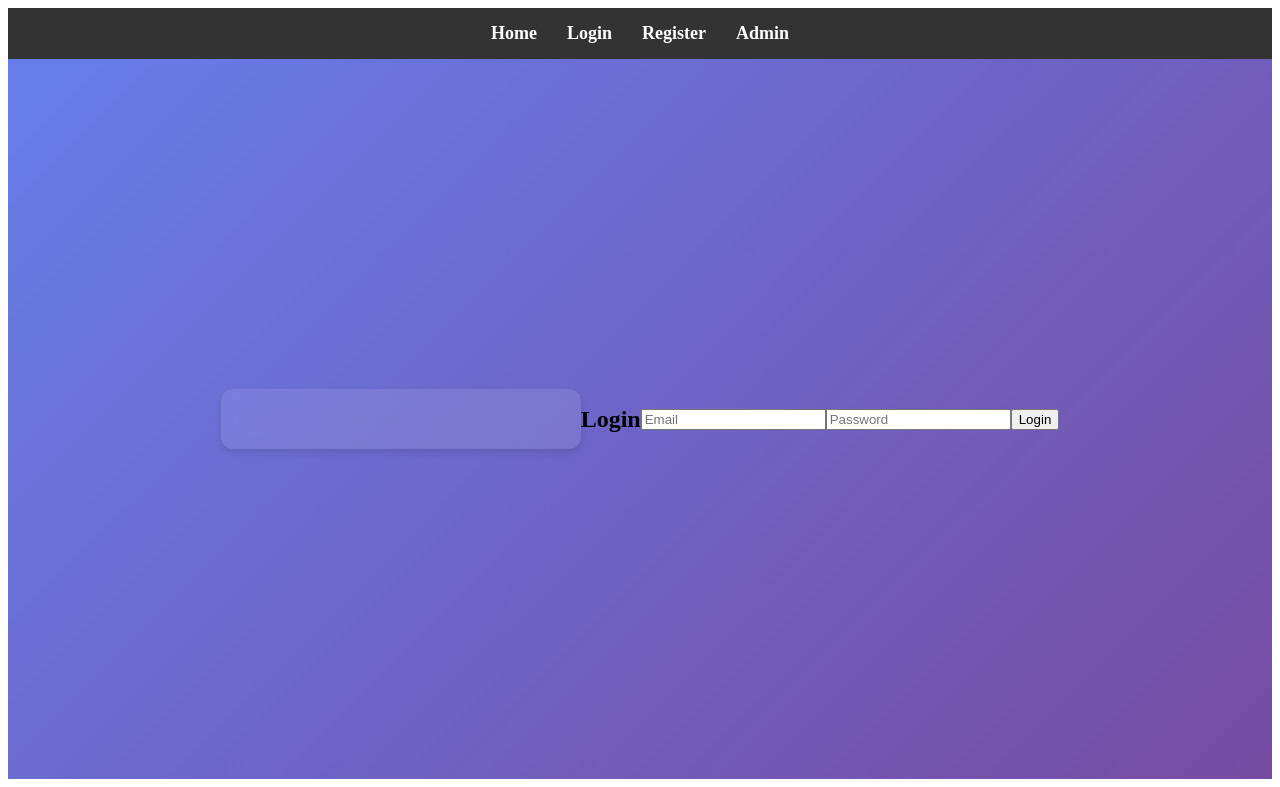
Repository: AhmedIbu/angular-login-app
Page: /login (app in angular-login-app/)
These files come from the project's save history. The page is drawn as it stood at one moment and after the next save; the edit follows.
The browser window is 1280 px wide. The pictures show the whole page.
The project was rebuilt for these pictures with package versions that can differ from the ones it lists, and the page was loaded fresh each time. Also part of the build but not shown: angular-login-app/angular.json, angular-login-app/src/app/home/home.component.ts, angular-login-app/src/app/register/register.component.ts, angular-login-app/src/app/services/user.service.ts, angular-login-app/src/app/admin-dashboard/admin-dashboard.component.ts, angular-login-app/src/app/admin-login/admin-login.component.ts, angular-login-app/src/app/user-dashboard/user-dashboard.component.ts.

Above is the page before, as saved 2025-02-21 11:13:14.

### angular-login-app/src/index.html
<!doctype html>
<html lang="en">
<head>
  <meta charset="utf-8">
  <title>AngularLoginApp</title>
  <base href="/">
  <meta name="viewport" content="width=device-width, initial-scale=1">
  <link rel="icon" type="image/x-icon" href="favicon.ico">
</head>
<body>
  <app-root></app-root>
</body>
</html>

### angular-login-app/src/styles.css
/*  app components css   */

/* Style the navigation bar */
.navbar {
  background: #333;
  padding: 15px;
  text-align: center;
}

/* Style the list */
.nav-list {
  list-style: none;
  padding: 0;
  margin: 0;
  display: flex;
  justify-content: center;
}

/* Style the navigation links */
.nav-list li {
  margin: 0 15px;
}

.nav-link {
  text-decoration: none;
  color: white;
  font-size: 18px;
  font-weight: bold;
  transition: color 0.3s ease-in-out;
}

/* Hover effect */
.nav-link:hover {
  color: #00c8ff;
}

/* Responsive design */
@media (max-width: 600px) {
  .nav-list {
    flex-direction: column;
  }

  .nav-list li {
    margin-bottom: 10px;
  }
}

### angular-login-app/src/main.ts
import { bootstrapApplication } from '@angular/platform-browser';
import { appConfig } from './app/app.config';
import { AppComponent } from './app/app.component';
import { provideHttpClient } from '@angular/common/http';

bootstrapApplication(AppComponent, {
  ...appConfig, // ✅ Spread existing config
  providers: [
    ...appConfig.providers, // ✅ Keep existing providers
    provideHttpClient() // ✅ Ensure HTTP client is provided
  ]
}).catch(err => console.error(err));

### angular-login-app/src/app/app.config.ts
import { ApplicationConfig } from '@angular/core';
import { provideRouter, Routes } from '@angular/router';
import { provideHttpClient } from '@angular/common/http';

// ✅ Import standalone components
import { HomeComponent } from './home/home.component';
import { LoginComponent } from './login/login.component';
import { RegisterComponent } from './register/register.component';
import { AdminDashboardComponent } from './admin-dashboard/admin-dashboard.component';
import { AdminLoginComponent } from './admin-login/admin-login.component';
import { UserDashboardComponent } from './user-dashboard/user-dashboard.component';

// ✅ Define routes
const routes: Routes = [
  { path: '', component: HomeComponent}, // Default route
  { path: 'login', component: LoginComponent },
  { path: 'register', component: RegisterComponent },
  { path: 'admin-login', component: AdminLoginComponent },
  { path: 'user-dashboard', component: UserDashboardComponent },
  { path: 'admin-dashboard', component: AdminDashboardComponent },
  { path: '**', redirectTo: 'user-dashboard' } // Catch-all for unknown routes
];

export const appConfig: ApplicationConfig = {
  providers: [
    provideRouter(routes),
    provideHttpClient()
  ]
};

### angular-login-app/src/app/app.component.ts
import { Component } from '@angular/core';
import { RouterModule } from '@angular/router';

@Component({
  selector: 'app-root',
  standalone: true,
  imports: [RouterModule],
  templateUrl: './app.component.html',
  styleUrls: ['./app.component.css','../styles.css']
})
export class AppComponent { }

### angular-login-app/src/app/login/login.component.ts
import { Component, OnInit } from '@angular/core';
import { Router } from '@angular/router';
import { AuthService } from '../services/auth.service';
import { CommonModule } from '@angular/common';
import { FormGroup, FormBuilder, ReactiveFormsModule, Validators } from '@angular/forms';

@Component({
  selector: 'app-login',
  standalone: true,
  templateUrl: './login.component.html',
  styleUrls: ['./login.component.css'],
  imports: [CommonModule, ReactiveFormsModule]
})
export class LoginComponent implements OnInit {

  loginForm!: FormGroup;
  errorMessage = '';
  loading = false;  // ✅ Added loading state

  constructor(
    private fb: FormBuilder,
    private authService: AuthService,
    private router: Router
  ) {}

  ngOnInit() {
    // ✅ Initialize the login form with validation
    this.loginForm = this.fb.group({
      email: ['', [Validators.required, Validators.email]],  // Email validation
      password: ['', [Validators.required, Validators.minLength(4)]]  // Password min length: 6
    });
  }

  onLogin() {
    if (this.loginForm.invalid) {
      this.loginForm.markAllAsTouched(); // ✅ Highlight invalid fields
      return;
    }

    this.loading = true;
    this.errorMessage = '';

    const loginData = this.loginForm.value;
    console.log('📨 Sending Login Data:', loginData);

    this.authService.login(loginData).subscribe({
      next: (response: any) => {
        console.log('✅ Login Successful:', response);
        alert('Login successful!');
        this.router.navigate(['/dashboard']);
      },
      error: (error) => {
        console.error('🔥 API Error:', error);
        this.errorMessage = error.error?.message || 'Login failed. Try again.';
        alert(this.errorMessage);
      },
      complete: () => {
        this.loading = false;
      }
    });
  }
}

### angular-login-app/src/app/app.component.html
<nav class="navbar">
  <ul class="nav-list">
    <li><a routerLink="/" class="nav-link">Home</a></li>
    <li><a routerLink="/login" class="nav-link">Login</a></li>
    <li><a routerLink="/register" class="nav-link">Register</a></li>
    <li><a routerLink="/admin-login" class="nav-link">Admin</a></li>
  </ul>
</nav>

<router-outlet></router-outlet>

### angular-login-app/src/app/login/login.component.html
<div class="login-container">
<div class="login-box"></div>
<h2>Login</h2>
<form [formGroup]="loginForm" (ngSubmit)="onLogin()">
  <input type="email" formControlName="email" placeholder="Email" required />
  <input type="password" formControlName="password" placeholder="Password" required />
  <button type="submit" >Login</button>
</form>
</div>
<p *ngIf="errorMessage" style="color: red;">{{ errorMessage }}</p>

### angular-login-app/src/app/login/login.component.css
/* Centering the login form */
.login-container {
    display: flex;
    justify-content: center;
    align-items: center;
    height: 100vh;
    background: linear-gradient(135deg, #667eea, #764ba2);
  }

  /* Glassmorphism effect for form */
  .login-box {
    background: rgba(255, 255, 255, 0.1);
    backdrop-filter: blur(10px);
    border-radius: 12px;
    padding: 30px;
    box-shadow: 0 4px 6px rgba(0, 0, 0, 0.1);
    width: 300px;
    text-align: center;
    color: #fff;
  }

  /* Styling form elements */
  .login-box h2 {
    margin-bottom: 20px;
    font-size: 24px;
    font-weight: bold;
  }

  .login-box input {
    width: 100%;
    padding: 10px;
    margin: 10px 0;
    border: none;
    border-radius: 5px;
    font-size: 16px;
  }

  /* Login button styles */
  .login-btn {
    background: #ff7eb3;
    color: white;
    border: none;
    padding: 10px;
    font-size: 18px;
    width: 100%;
    border-radius: 5px;
    cursor: pointer;
    transition: 0.3s;
  }

  .login-btn:hover {
    background: #ff4a85;
    transform: scale(1.05);
  }

### angular-login-app/src/app/services/auth.service.ts
import { Injectable } from '@angular/core';
import { HttpClient, HttpHeaders } from '@angular/common/http';
import { Observable, BehaviorSubject, of } from 'rxjs';
import { map, catchError, tap } from 'rxjs/operators';

@Injectable({
  providedIn: 'root'
})
export class AuthService {
  private apiUrl = 'http://127.0.0.1:5000'; // ✅ Flask API URL
  private isAuthenticated = new BehaviorSubject<boolean>(this.hasToken());

  constructor(private http: HttpClient) {}

  // ✅ Regular User Login (API)
  login(credentials: { email: string; password: string }): Observable<{ success: boolean; token?: string; isAdmin?: boolean }> {
    const headers = new HttpHeaders({ 'Content-Type': 'application/json' });

    return this.http.post<{ token: string; isAdmin: boolean }>(`${this.apiUrl}/login`, credentials, { headers }).pipe(
      tap(response => console.log('✅ User Login API Response:', response)), // ✅ Log API response
      map(response => {
        if (response.token) {
          this.saveToken(response.token);
          localStorage.setItem('isAdmin', JSON.stringify(response.isAdmin));
          return { success: true, token: response.token, isAdmin: response.isAdmin };
        }
        return { success: false };
      }),
      catchError(error => {
        console.error('❌ Login Error:', error);
        return of({ success: false });
      })
    );
  }

  // ✅ Admin Login (API Call)
  adminLogin(email: string, password: string): Observable<{ success: boolean; token?: string }> {
    const headers = new HttpHeaders({ 'Content-Type': 'application/json' });

    return this.http.post<{ success: boolean; token?: string }>(`${this.apiUrl}/admin-login`, { email, password }, { headers }).pipe(
      tap(response => console.log('✅ Admin Login API Response:', response)), // ✅ Log API response
      map(response => {
        if (response.success && response.token) {
          this.saveToken(response.token);
          localStorage.setItem('admin', 'true'); // ✅ Save admin status
          return { success: true, token: response.token };
        }
        return { success: false };
      }),
      catchError(error => {
        console.error('❌ Admin Login Error:', error);
        return of({ success: false });
      })
    );
  }

  // ✅ Save Token
  saveToken(token: string) {
    localStorage.setItem('token', token);
    this.isAuthenticated.next(true);
  }

  // ✅ Retrieve Token
  getToken(): string | null {
    return localStorage.getItem('token');
  }

  // ✅ Check if Token Exists
  hasToken(): boolean {
    return !!localStorage.getItem('token');
  }

  // ✅ Check if Admin is Logged In
  isAdmin(): boolean {
    return localStorage.getItem('admin') === 'true' && this.hasToken();
  }

  // ✅ User Registration
  register(userData: any): Observable<any> {
    return this.http.post(`${this.apiUrl}/register`, userData).pipe(
      tap(response => {
        console.log('✅ Registration successful', response);
        alert('Registration successful! You can now log in.');
      }),
      catchError(error => {
        console.error('❌ Registration failed', error);
        alert('Registration failed. Try again.');
        return of(null);
      })
    );
  }

  // ✅ Logout & Clear Everything
  logout() {
    localStorage.removeItem('token');
    localStorage.removeItem('admin');
    this.isAuthenticated.next(false);
    window.location.reload(); // 🔹 Force refresh to clear session issues
  }

  // ✅ Observe Auth Status (for Guards)
  isAuthenticated$(): Observable<boolean> {
    return this.isAuthenticated.asObservable();
  }
}

Loaded but not shown: angular-login-app/src/app/app.component.css (no stored copy; drawn as an empty file)

After the next save:
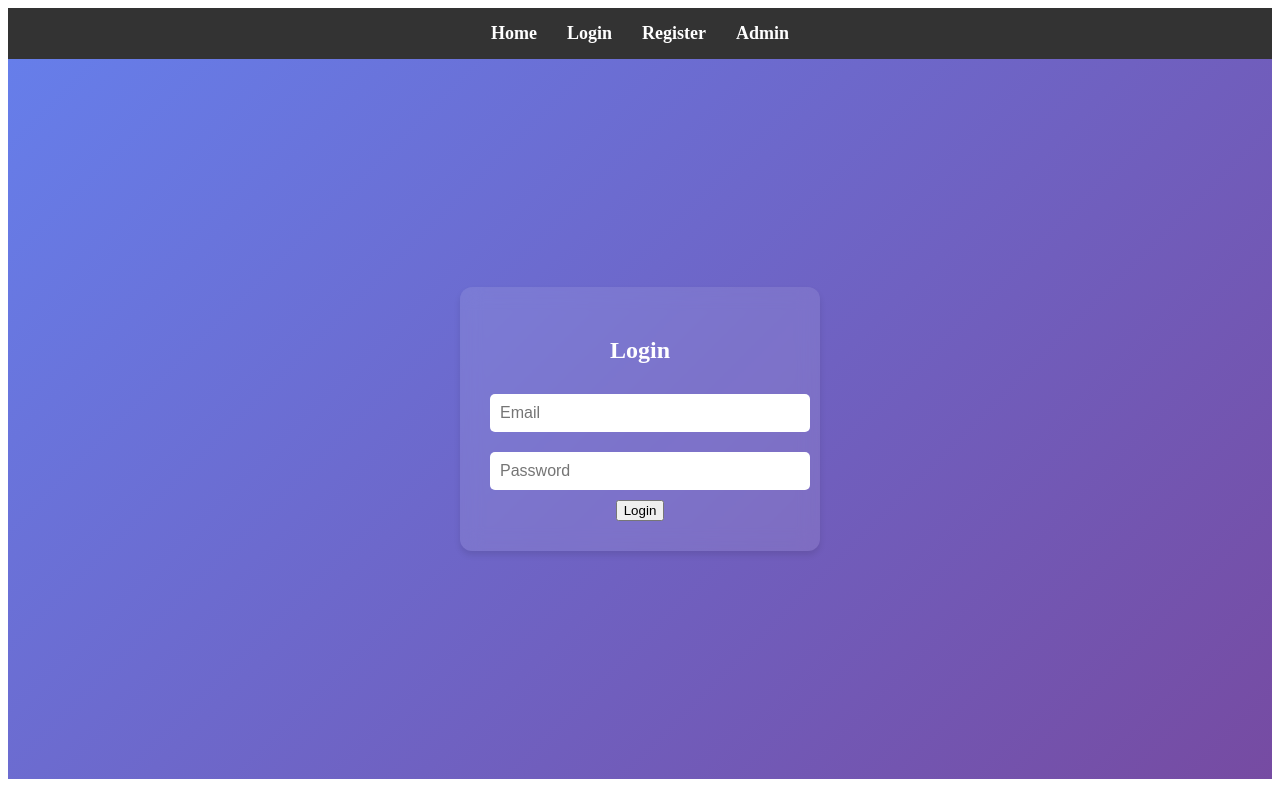
Saved 4 s later.
--- a/angular-login-app/src/app/login/login.component.html
+++ b/angular-login-app/src/app/login/login.component.html
@@ -1,5 +1,5 @@
 <div class="login-container">
-<div class="login-box"></div>
+<div class="login-box">
 <h2>Login</h2>
 <form [formGroup]="loginForm" (ngSubmit)="onLogin()">
   <input type="email" formControlName="email" placeholder="Email" required />
